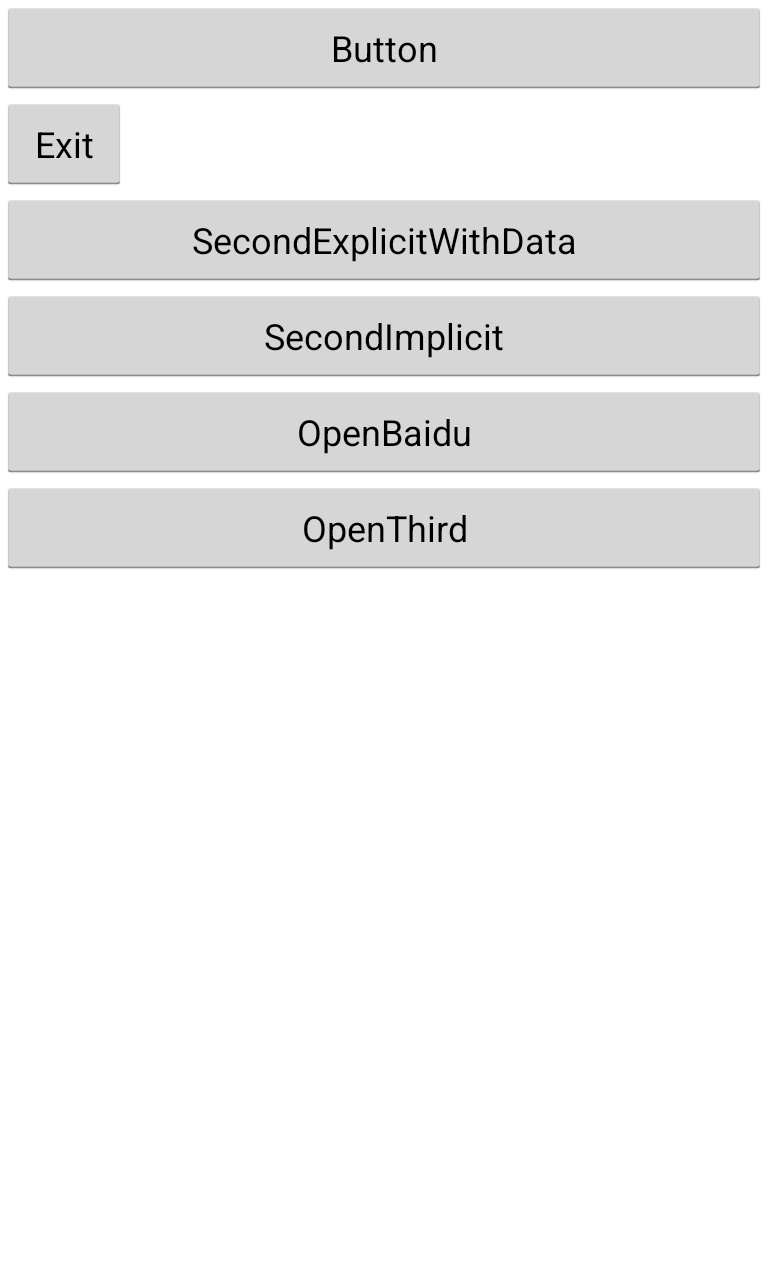
Repository: GUNDAMR/firstcode_android
Layout: C2ActivityTest/res/layout/first_layout.xml
The author's editor kept a copy of each file at every save. The layout is drawn from the files as they stood at one save, then again after the next save.
It is drawn on a 768 x 1280 px phone screen (xhdpi) without system bars, with theme AppTheme; the app's code is not run.

Above is the layout before, as saved 2014-12-09 09:49:02.

After the next save:
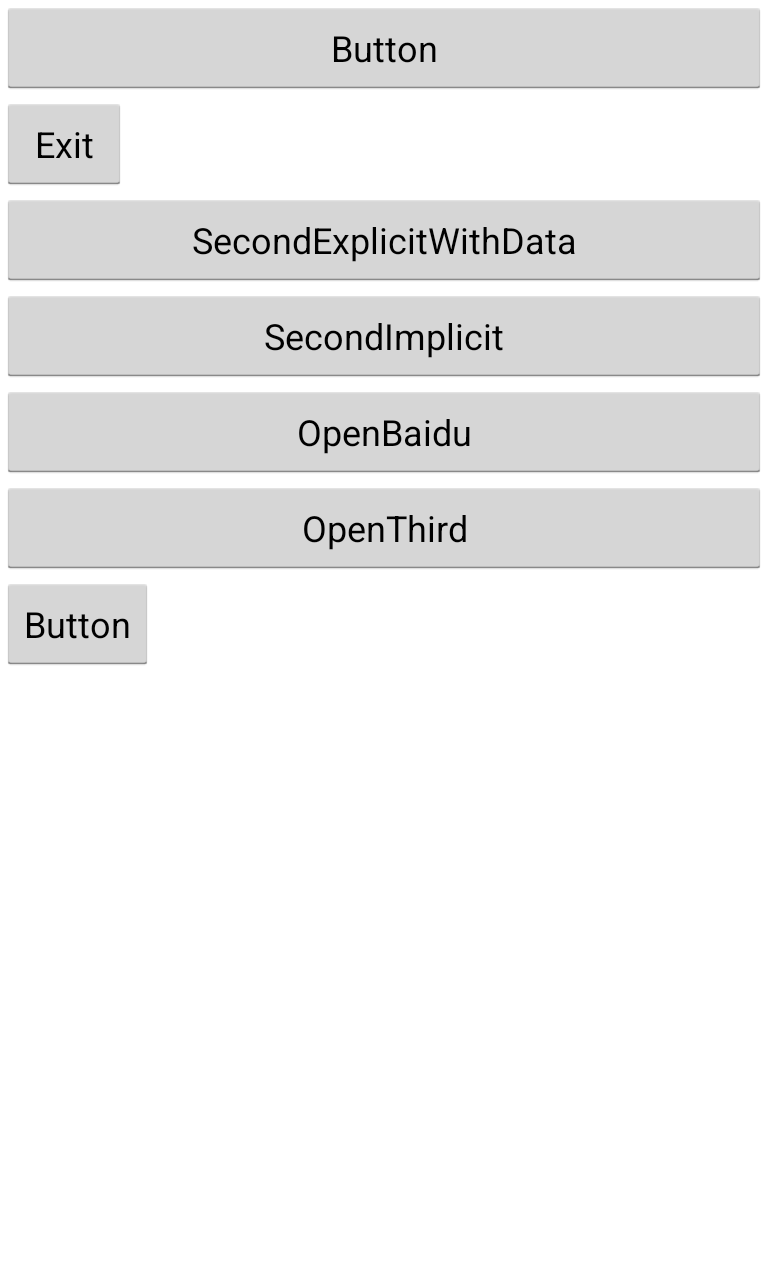
Saved 58 s later.
--- a/C2ActivityTest/res/layout/first_layout.xml
+++ b/C2ActivityTest/res/layout/first_layout.xml
@@ -35,9 +35,15 @@
         android:text="OpenBaidu" />
 
     <Button
-        android:id="@+id/btn_second"
+        android:id="@+id/btn_third"
         android:layout_width="match_parent"
         android:layout_height="wrap_content"
         android:text="OpenThird" />
 
+    <Button
+        android:id="@+id/btn_first"
+        android:layout_width="wrap_content"
+        android:layout_height="wrap_content"
+        android:text="Button" />
+
 </LinearLayout>
